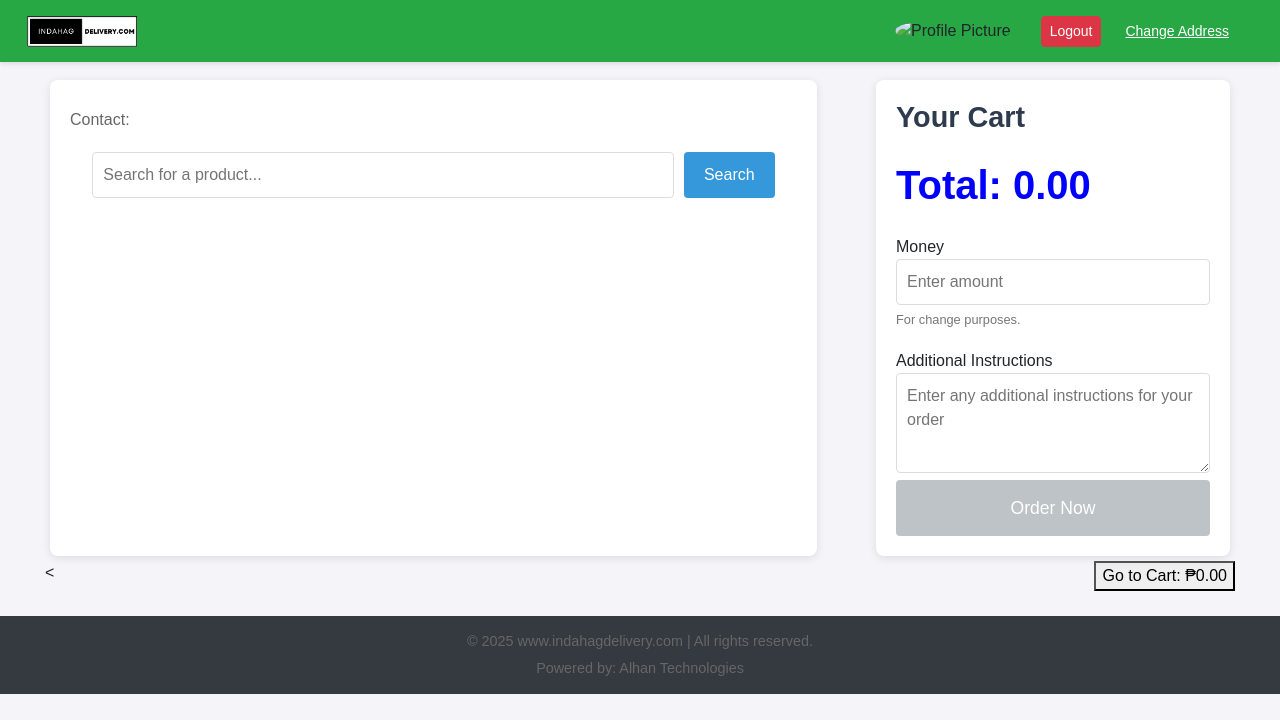
Repository: Jijiluzana225/indahagdelivery.com
Page: store/templates/store/store_products.html
An editor plug-in stored every save of this project. The page is shown before and after the next save, followed by the edit.
The browser window is 1280 px wide. The pictures show the whole page.
The template is drawn by Django 5.2. The application's start-up code is not run. The template is opened directly, without the code that normally fills it, so the values that code supplies are empty.

Above is the page before, as saved 2025-01-23 12:02:41.

After the next save:
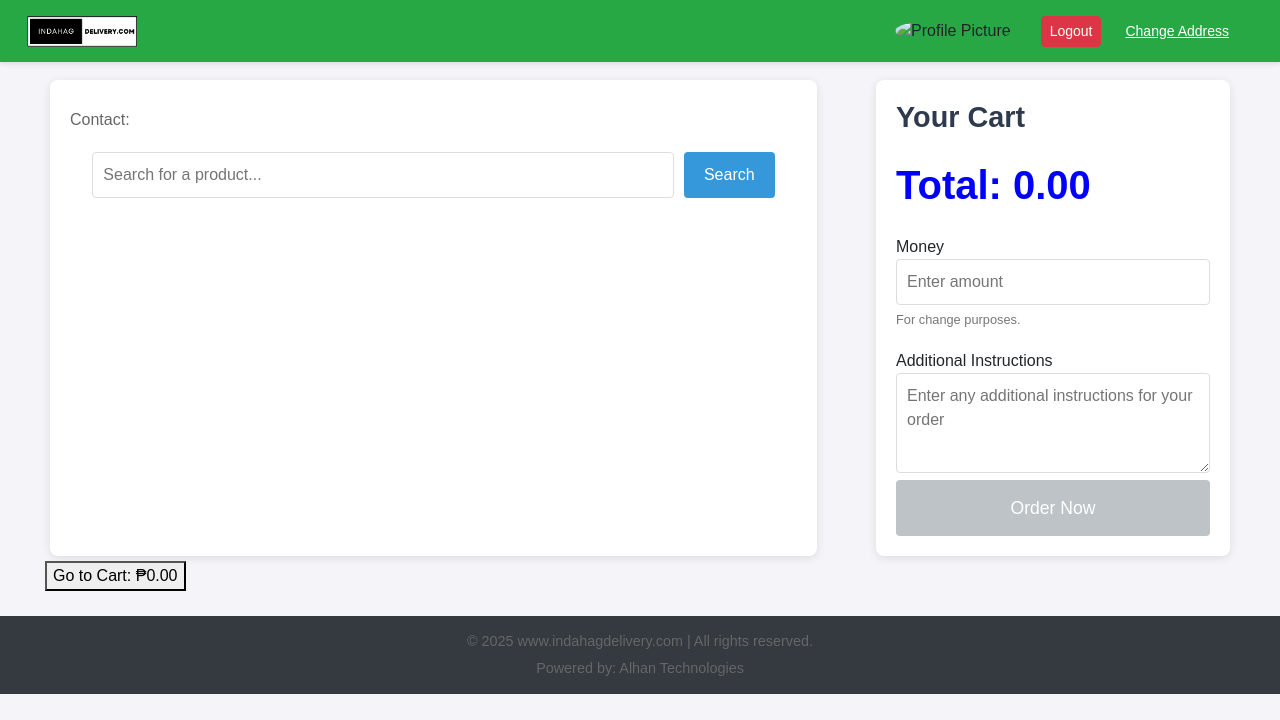
Saved 7 min 47 s later.
--- a/store/templates/store/store_products.html
+++ b/store/templates/store/store_products.html
@@ -426,7 +426,7 @@
     </div>
 </div>
 
-<<div class="go-to-cart">
+<div class="go-to-cart">
     <button onclick="scrollToCart()">Go to Cart: <span id="go-to-cart-total">₱0.00</span></button>
 </div>
 
